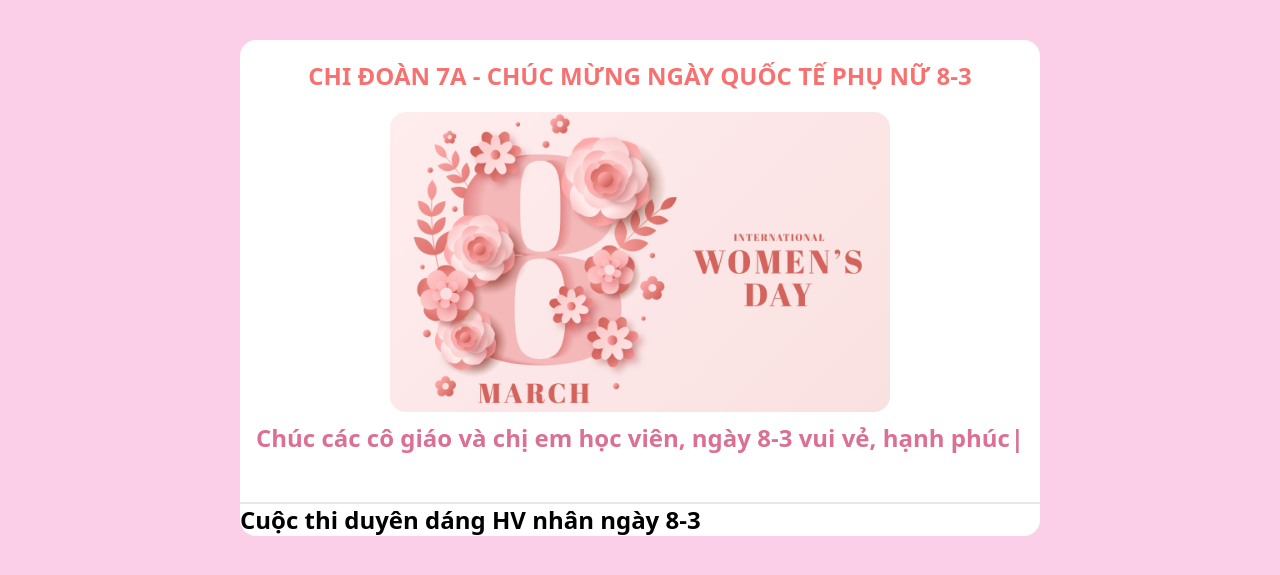
Repository: hoang0508/web-837A
Page: /
The author's editor kept a copy of each file at every save. The page is drawn from the files as they stood at one save, then again after the next save.
The browser window is 1280 px wide. The pictures show the whole page.
Some web fonts or font styles are not loaded; a fallback is used. The project was rebuilt for these pictures with package versions that can differ from the ones it lists, and the page was loaded fresh each time. Also part of the build but not shown: vite.config.js.

Above is the page before, as saved 2025-02-28 19:14:20.

### index.html
<!DOCTYPE html>
<html lang="en">
  <head>
    <meta charset="UTF-8" />
    <link rel="icon" type="image/svg+xml" href="/vite.svg" />
    <meta name="viewport" content="width=device-width, initial-scale=1.0" />
    <link rel="preconnect" href="https://fonts.googleapis.com" />
    <link rel="preconnect" href="https://fonts.gstatic.com" crossorigin />
    <link
      href="https://fonts.googleapis.com/css2?family=Bai+Jamjuree:ital,wght@0,200;0,300;0,400;0,500;0,600;0,700;1,200;1,300;1,400;1,500;1,600;1,700&family=Montserrat:ital,wght@0,100..900;1,100..900&display=swap"
      rel="stylesheet"
    />
    <title>Vite + React</title>
  </head>
  <body>
    <div id="root"></div>
    <script type="module" src="/src/main.jsx"></script>
  </body>
</html>

### src/index.css
@import url("https://fonts.googleapis.com/css2?family=Bai+Jamjuree:ital,wght@0,200;0,300;0,400;0,500;0,600;0,700;1,200;1,300;1,400;1,500;1,600;1,700&family=Montserrat:ital,wght@0,100..900;1,100..900&display=swap");
@tailwind base;
@tailwind components;
@tailwind utilities;
*,
*:before,
*:after {
  box-sizing: border-box;
}

img,
picture,
svg,
video {
  display: block;
  max-width: 100%;
}
input,
select,
textarea {
  background-color: transparent;
  outline: none;
}
button {
  cursor: pointer;
  background-color: transparent;
  outline: none;
  border: 0;
}
body {
  min-height: 100vh;
  font-weight: 400;
  font-size: 16px;
  line-height: 1;
}

.Typewriter {
  margin: 10px;
  color: palevioletred;
  text-align: center;
  height: 70px;
}

### src/App.jsx
import { useState } from "react";
import reactLogo from "./assets/react.svg";
import anh83 from "./assets/anh832.png";
import Typewriter from "typewriter-effect";

import "./index.css";

function App() {
  const [count, setCount] = useState(0);

  return (
    <>
      <div className="text-2xl font-bold  bg-pink-200 min-h-screen p-10">
        <div className="bg-white shadow-3xl w-[800px]  my-0 mx-auto rounded-2xl">
          <h1 className="text-center text-red-400 p-5 uppercase">
            Chi đoàn 7A - CHÚC MỪNG NGÀY QUỐC TẾ PHỤ NỮ 8-3
          </h1>
          <div className="mx-auto w-[500px] h-[300px]">
            <img
              src={anh83}
              alt="##"
              className="w-full h-full object-cover rounded-2xl"
            />
          </div>
          <div className="border-b-2 border-gray-200">
            <Typewriter
              options={{
                strings: [
                  `${"Chúc các cô giáo và chị em học viên, ngày 8-3 vui vẻ, hạnh phúc, luôn mạnh khỏe và thành công! 🌸💐❤️❤️❤️💰"}`,
                ],
                delay: 75,
                autoStart: true,
                loop: true,
              }}
            />
          </div>
          <div>
            <h3>Cuộc thi duyên dáng HV nhân ngày 8-3</h3>
          </div>
        </div>
      </div>
    </>
  );
}

export default App;

### tailwind.config.js
/** @type {import('tailwindcss').Config} */
export default {
  content: ["./index.html", "./src/**/*.{js,ts,jsx,tsx}"],
  theme: {
    extend: {
      keyframes: {
        typing: {
          "0%": {
            width: "0%",
            visibility: "hidden",
          },
          "100%": {
            width: "100%",
          },
        },
        blink: {
          "50%": {
            borderColor: "transparent",
          },
          "100%": {
            borderColor: "white",
          },
        },
      },
      animation: {
        typing: "typing 5s steps(40) infinite alternate, blink .10s infinite",
      },
    },
  },
  plugins: [],
};

Loaded but not shown: src/main.jsx (common file)

After the next save:
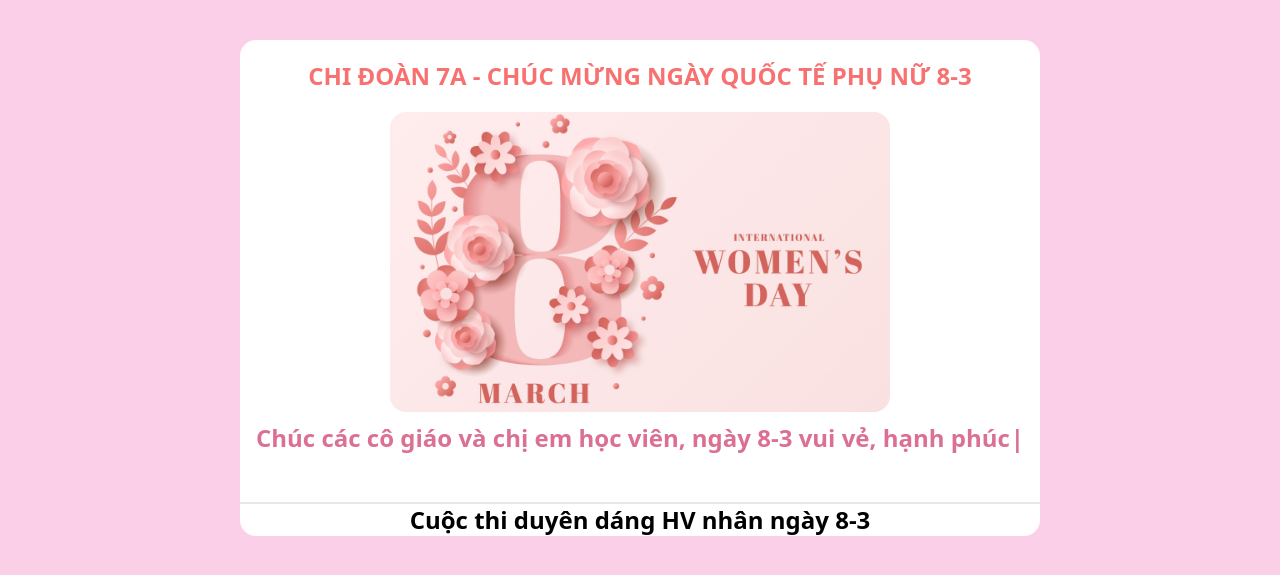
Saved 35 s later.
--- a/src/App.jsx
+++ b/src/App.jsx
@@ -34,8 +34,10 @@ function App() {
               }}
             />
           </div>
-          <div>
-            <h3>Cuộc thi duyên dáng HV nhân ngày 8-3</h3>
+          <div className="">
+            <h3 className="text-center">
+              Cuộc thi duyên dáng HV nhân ngày 8-3
+            </h3>
           </div>
         </div>
       </div>
